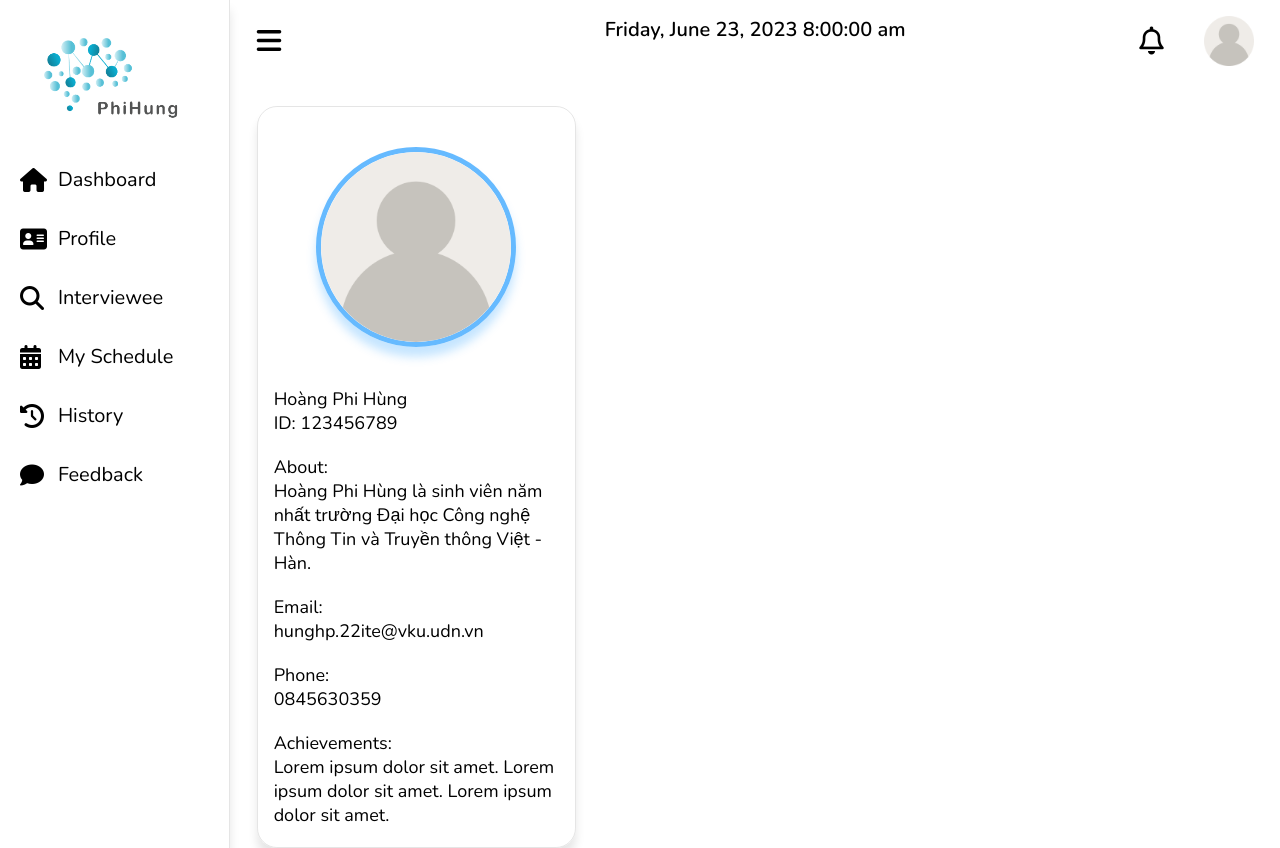
Repository: hphihungit/InterviewService
Page: interviewee.html
These files come from the project's save history. The page is drawn as it stood at one moment and after the next save; the edit follows.
The browser window is 1280 px wide. The pictures show the whole page.

Above is the page before, as saved 2023-05-31 23:31:23.

After the next save:
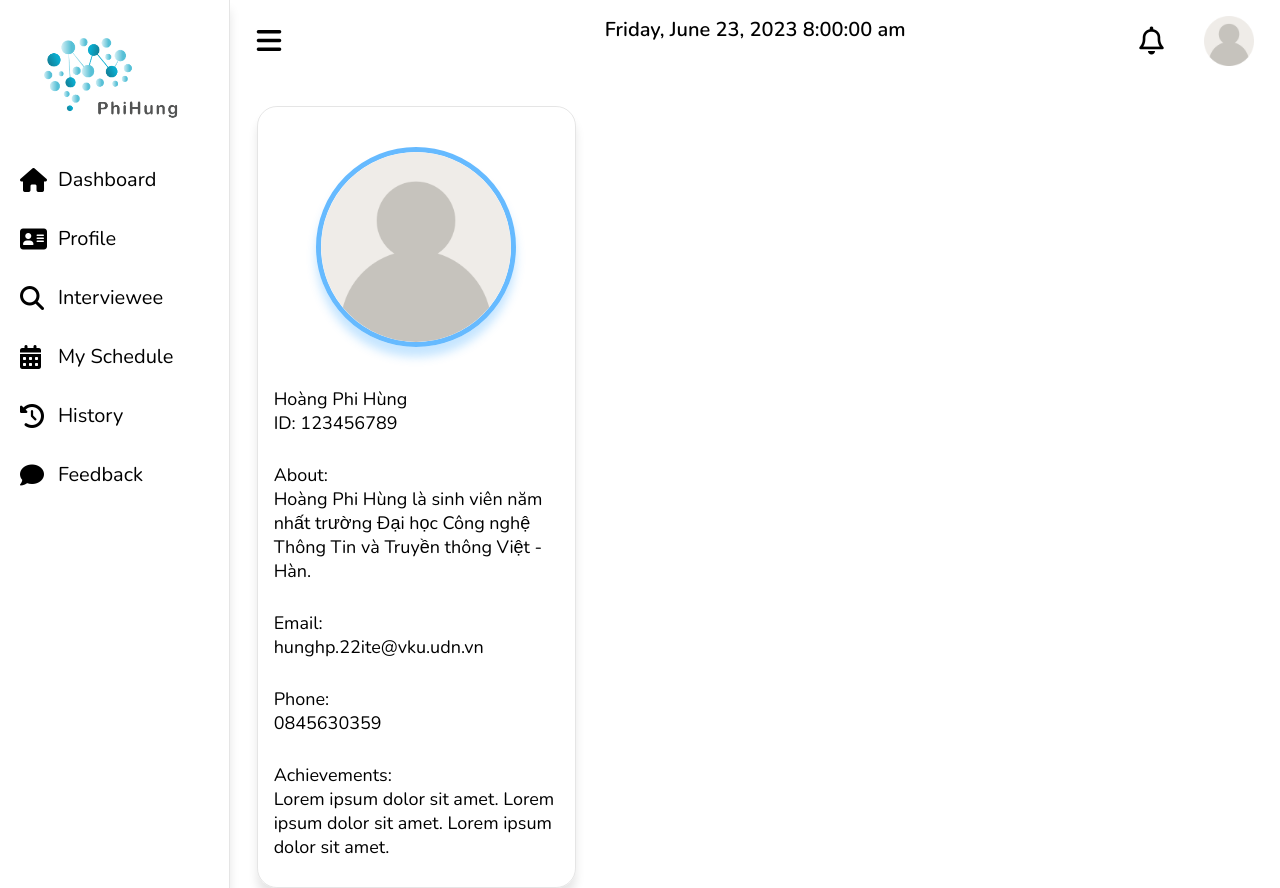
Saved 49 s later.
--- a/assets/css/interviewee.css
+++ b/assets/css/interviewee.css
@@ -148,5 +148,6 @@
 .cv__phone,
 .cv__info {
     width: 100%;
-    margin: 20px 0px;
+    margin-top: 20px;
+    margin-bottom: 28px;
 }
